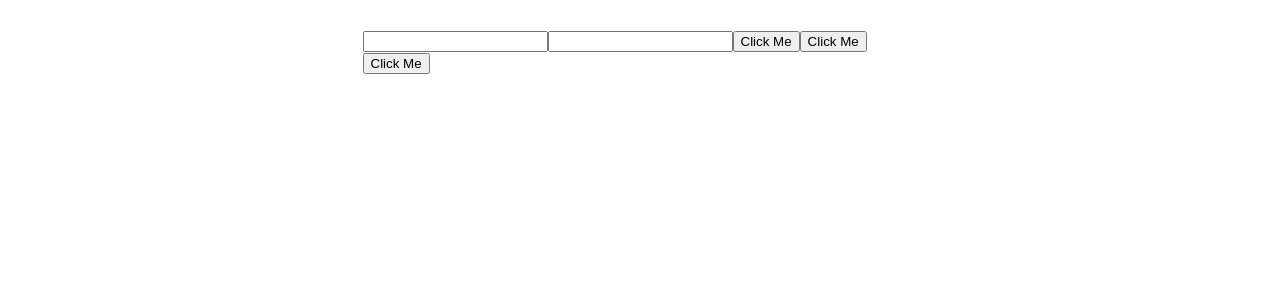
Repository: rafimohammad839/React-Time-App
Page: /
These files come from the project's save history. The page is drawn as it stood at one moment and after the next save; the edit follows.
The browser window is 1280 px wide. The pictures show the whole page.
The project was rebuilt for these pictures with package versions that can differ from the ones it lists, and the page was loaded fresh each time.

Above is the page before, as saved 2022-06-26 11:38:49.

After the next save:
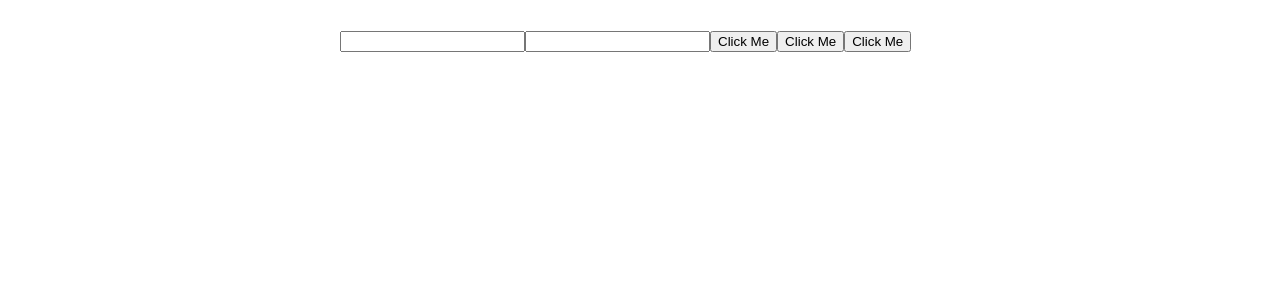
Saved 5 s later.
--- a/src/index.css
+++ b/src/index.css
@@ -13,6 +13,6 @@ code {
 }
 
 .timer-container {
-  width: 555px;
+  width: 600px;
   margin: 30px auto;
 }
